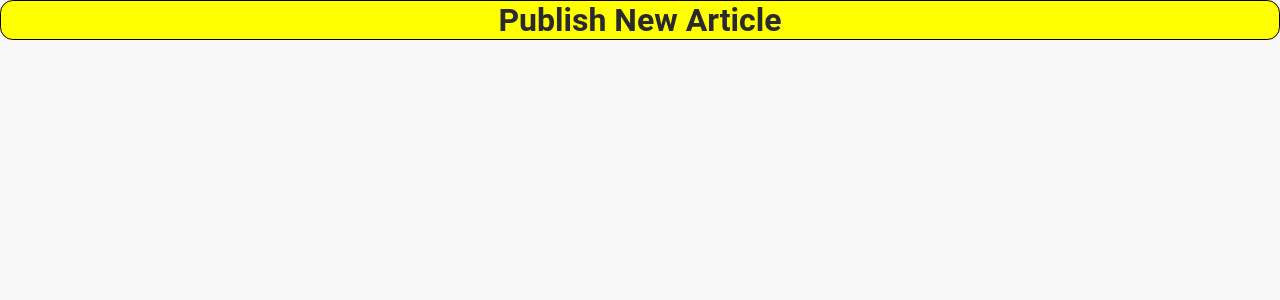
Repository: batmit/publish_articles
Page: /publish
An editor plug-in stored every save of this project. The page is shown before and after a run of saves, followed by the edit.
The browser window is 1280 px wide. The pictures show the whole page.
The project was rebuilt for these pictures with package versions that can differ from the ones it lists, and the page was loaded fresh each time. Also part of the build but not shown: src/pages/articles.tsx, src/styles/Home.scss, src/pages/Home.tsx.

Above is the page before, as saved 2021-06-28 22:02:14.

After the next 2 saves:
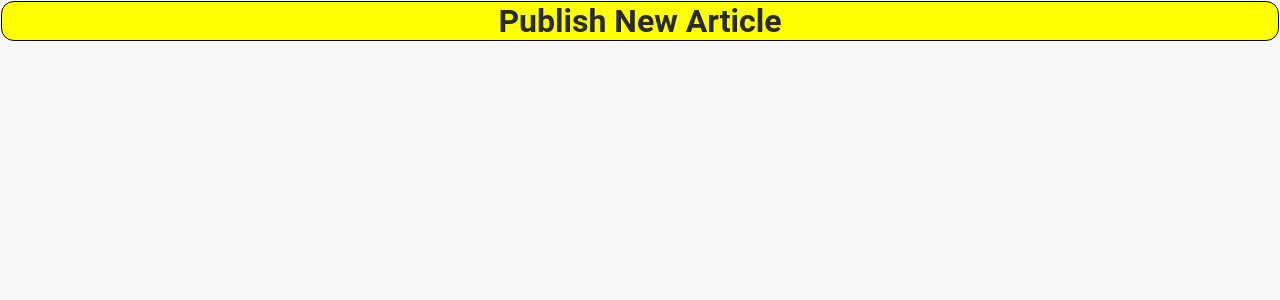
The 2 saves are shown as one change because they came seconds apart.
The last was saved 11 s later.
--- a/src/styles/global.scss
+++ b/src/styles/global.scss
@@ -20,4 +20,5 @@ header {
     background: yellow;
     border: 1px solid black;
     border-radius: 0.8rem;
+    margin: 1px;
 }
